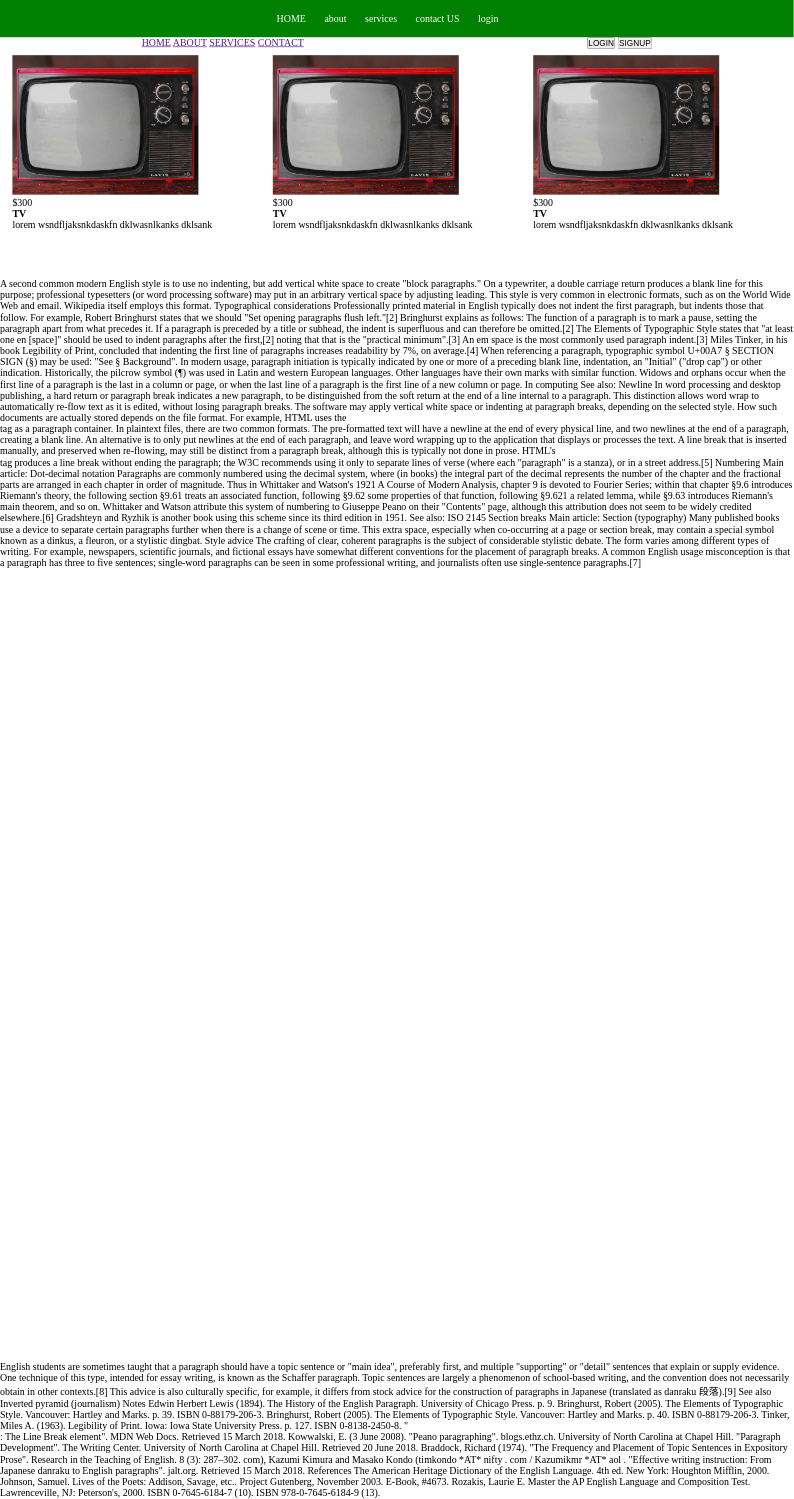
Repository: viveknaidu007/repo-166-Full-Stack-Development-Learning-Notes-Innomatics-2024
Page: module_1-html,css,bootstrap/sept_25_2024/index.html
These files come from the project's save history. The page is drawn as it stood at one moment and after the next save; the edit follows.
The browser window is 1280 px wide. The pictures show the whole page, at 62% of full size.

Above is the page before, as saved 2024-09-28 01:02:43.

### module_1-html,css,bootstrap/sept_25_2024/index.html
<!DOCTYPE html>
<html lang="en">
<head>
    <meta charset="UTF-8">
    <meta name="viewport" content="width=device-width, initial-scale=1.0">
    <title>flex_box</title>

    <style>
        ul{
            display: flex;
            list-style-type: none;
            background-color: green;
            color: white;
            height:60px;
            justify-content: center;
            align-items: center;
        }

        ul li{
            margin-right: 30px;
        }

        *{
            margin:0px;
            padding:0px;
            justify-content: center;
        }

        .product{
            width: 400px;
            height : 350px;
            border: 2px solid blaxk;
            border-radius: 10px;
            margin: auto;
        }

        img{
            width: 300px;
        }

        .container{
            display: flex;
            margin : 10px;
        }

        .sub-nav{
            display: flex;
            justify-content: space-around;

        }

        header{
            position:static;
            top: 10px;
        }

    </style>
</head>
<body>
    <header>
        <nav>
            <ul>
                <li> HOME </li>
                <li> about </li>
                <li> services </li>
                <li> contact US </li>
                <li> login </li>
            </ul>
        </nav>
    </header>


    <div class="sub-nav">

        <div>
            <a href="">HOME</a>
            <a href="">ABOUT</a>
            <a href="">SERVICES</a>
            <a href="">CONTACT</a>
        </div>

        <div>
            <button> LOGIN </button>
            <button> SIGNUP </button>
        </div>

    </div>

    <div class="container">

        <div class="product">
            <img src="vintage-tv-1116587_1280.jpg" alt="">
            <p> $300 </p>
            <h4> TV </h4>
            <p> lorem wsndfljaksnkdaskfn dklwasnlkanks dklsank</p>

        </div>

        <div class="product">
            <img src="vintage-tv-1116587_1280.jpg" alt="">
            <p> $300 </p>
            <h4> TV </h4>
            <p> lorem wsndfljaksnkdaskfn dklwasnlkanks dklsank</p>

        </div>

        <div class="product">
            <img src="vintage-tv-1116587_1280.jpg" alt="">
            <p> $300 </p>
            <h4> TV </h4>
            <p> lorem wsndfljaksnkdaskfn dklwasnlkanks dklsank</p>

        </div>

    </div>

    <p>A second common modern English style is to use no indenting, but add vertical white space to create "block paragraphs." On a typewriter, a double carriage return produces a blank line for this purpose; professional typesetters (or word processing software) may put in an arbitrary vertical space by adjusting leading. This style is very common in electronic formats, such as on the World Wide Web and email. Wikipedia itself employs this format.
        Typographical considerations

        Professionally printed material in English typically does not indent the first paragraph, but indents those that follow. For example, Robert Bringhurst states that we should "Set opening paragraphs flush left."[2] Bringhurst explains as follows:

            The function of a paragraph is to mark a pause, setting the paragraph apart from what precedes it. If a paragraph is preceded by a title or subhead, the indent is superfluous and can therefore be omitted.[2]

        The Elements of Typographic Style states that "at least one en [space]" should be used to indent paragraphs after the first,[2] noting that that is the "practical minimum".[3] An em space is the most commonly used paragraph indent.[3] Miles Tinker, in his book Legibility of Print, concluded that indenting the first line of paragraphs increases readability by 7%, on average.[4]

        When referencing a paragraph, typographic symbol U+00A7 § SECTION SIGN (&sect;) may be used: "See § Background".

        In modern usage, paragraph initiation is typically indicated by one or more of a preceding blank line, indentation, an "Initial" ("drop cap") or other indication. Historically, the pilcrow symbol (¶) was used in Latin and western European languages. Other languages have their own marks with similar function.

        Widows and orphans occur when the first line of a paragraph is the last in a column or page, or when the last line of a paragraph is the first line of a new column or page.
        In computing
        See also: Newline

        In word processing and desktop publishing, a hard return or paragraph break indicates a new paragraph, to be distinguished from the soft return at the end of a line internal to a paragraph. This distinction allows word wrap to automatically re-flow text as it is edited, without losing paragraph breaks. The software may apply vertical white space or indenting at paragraph breaks, depending on the selected style.

        How such documents are actually stored depends on the file format. For example, HTML uses the <p> tag as a paragraph container. In plaintext files, there are two common formats. The pre-formatted text will have a newline at the end of every physical line, and two newlines at the end of a paragraph, creating a blank line. An alternative is to only put newlines at the end of each paragraph, and leave word wrapping up to the application that displays or processes the text.

        A line break that is inserted manually, and preserved when re-flowing, may still be distinct from a paragraph break, although this is typically not done in prose. HTML's <br /> tag produces a line break without ending the paragraph; the W3C recommends using it only to separate lines of verse (where each "paragraph" is a stanza), or in a street address.[5]
        Numbering
        Main article: Dot-decimal notation

        Paragraphs are commonly numbered using the decimal system, where (in books) the integral part of the decimal represents the number of the chapter and the fractional parts are arranged in each chapter in order of magnitude. Thus in Whittaker and Watson's 1921 A Course of Modern Analysis, chapter 9 is devoted to Fourier Series; within that chapter §9.6 introduces Riemann's theory, the following section §9.61 treats an associated function, following §9.62 some properties of that function, following §9.621 a related lemma, while §9.63 introduces Riemann's main theorem, and so on. Whittaker and Watson attribute this system of numbering to Giuseppe Peano on their "Contents" page, although this attribution does not seem to be widely credited elsewhere.[6] Gradshteyn and Ryzhik is another book using this scheme since its third edition in 1951.
        See also: ISO 2145
        Section breaks
        Main article: Section (typography)

        Many published books use a device to separate certain paragraphs further when there is a change of scene or time. This extra space, especially when co-occurring at a page or section break, may contain a special symbol known as a dinkus, a fleuron, or a stylistic dingbat.
        Style advice

        The crafting of clear, coherent paragraphs is the subject of considerable stylistic debate. The form varies among different types of writing. For example, newspapers, scientific journals, and fictional essays have somewhat different conventions for the placement of paragraph breaks.

        A common English usage misconception is that a paragraph has three to five sentences; single-word paragraphs can be seen in some professional writing, and journalists often use single-sentence paragraphs.[7]















            <br>
            <br>
            <br>
            <br>
            <br>
            <br>
            <br>
            <br>
            <br>
            <br>
            <br>
            <br>
            <br>
            <br>
            <br>
            <br>
            <br>
            <br>
            <br>
            <br>
            <br>
            <br>
            <br>
            <br>
            <br>
            <br>
            <br>
            <br>
            <br>
            <br>
            <br>
            <br>
            <br>
            <br>
            <br>
            <br>
            <br>
            <br>
            <br>
            <br>
            <br>
            <br>
            <br>
            <br>
            <br>
            <br>
            <br>
            <br>
            <br>
            <br>
            <br>
            <br>
            <br>
            <br>
            <br>
            <br>
            <br>
            <br>
            <br>
            <br>
            <br>
            <br>
            <br>
            <br>
            <br>
            <br>
            <br>
            <br>
            <br>
            <br>
            <br>
            <br>

















        English students are sometimes taught that a paragraph should have a topic sentence or "main idea", preferably first, and multiple "supporting" or "detail" sentences that explain or supply evidence. One technique of this type, intended for essay writing, is known as the Schaffer paragraph. Topic sentences are largely a phenomenon of school-based writing, and the convention does not necessarily obtain in other contexts.[8] This advice is also culturally specific, for example, it differs from stock advice for the construction of paragraphs in Japanese (translated as danraku 段落).[9]
        See also

            Inverted pyramid (journalism)

        Notes

        Edwin Herbert Lewis (1894). The History of the English Paragraph. University of Chicago Press. p. 9.
        Bringhurst, Robert (2005). The Elements of Typographic Style. Vancouver: Hartley and Marks. p. 39. ISBN 0-88179-206-3.
        Bringhurst, Robert (2005). The Elements of Typographic Style. Vancouver: Hartley and Marks. p. 40. ISBN 0-88179-206-3.
        Tinker, Miles A. (1963). Legibility of Print. Iowa: Iowa State University Press. p. 127. ISBN 0-8138-2450-8.
        "<br>: The Line Break element". MDN Web Docs. Retrieved 15 March 2018.
        Kowwalski, E. (3 June 2008). "Peano paragraphing". blogs.ethz.ch.
        University of North Carolina at Chapel Hill. "Paragraph Development". The Writing Center. University of North Carolina at Chapel Hill. Retrieved 20 June 2018.
        Braddock, Richard (1974). "The Frequency and Placement of Topic Sentences in Expository Prose". Research in the Teaching of English. 8 (3): 287–302.

            com), Kazumi Kimura and Masako Kondo (timkondo *AT* nifty . com / Kazumikmr *AT* aol . "Effective writing instruction: From Japanese danraku to English paragraphs". jalt.org. Retrieved 15 March 2018.

        References

            The American Heritage Dictionary of the English Language. 4th ed. New York: Houghton Mifflin, 2000.
            Johnson, Samuel. Lives of the Poets: Addison, Savage, etc.. Project Gutenberg, November 2003. E-Book, #4673.
            Rozakis, Laurie E. Master the AP English Language and Composition Test. Lawrenceville, NJ: Peterson's, 2000. ISBN 0-7645-6184-7 (10). ISBN 978-0-7645-6184-9 (13).</p>
</body>
</html>

After the next save:
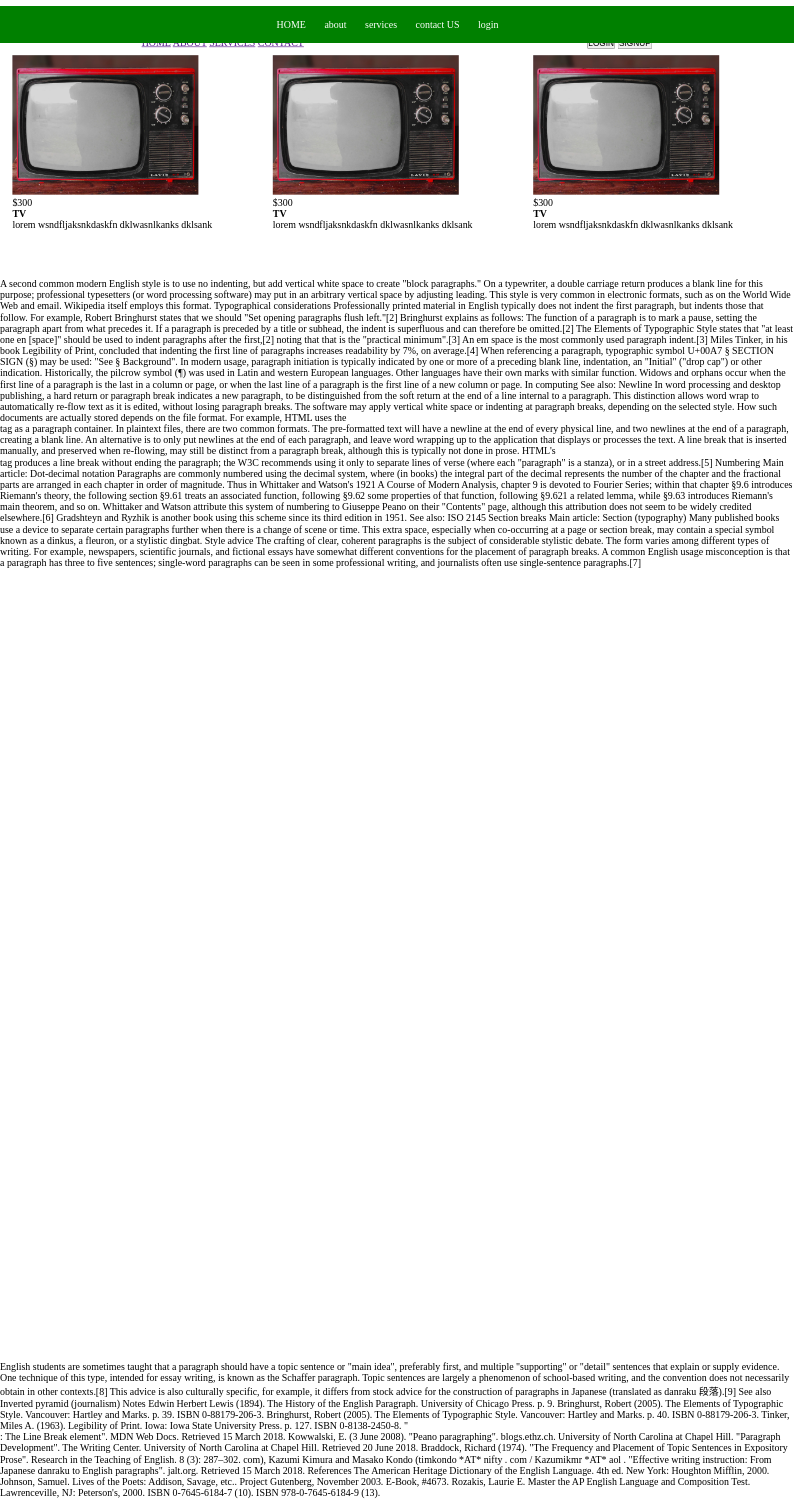
Saved 29 s later.
--- a/module_1-html,css,bootstrap/sept_25_2024/index.html
+++ b/module_1-html,css,bootstrap/sept_25_2024/index.html
@@ -50,7 +50,7 @@
         }
 
         header{
-            position:static;
+            position:sticky;
             top: 10px;
         }
 

After the save that followed:
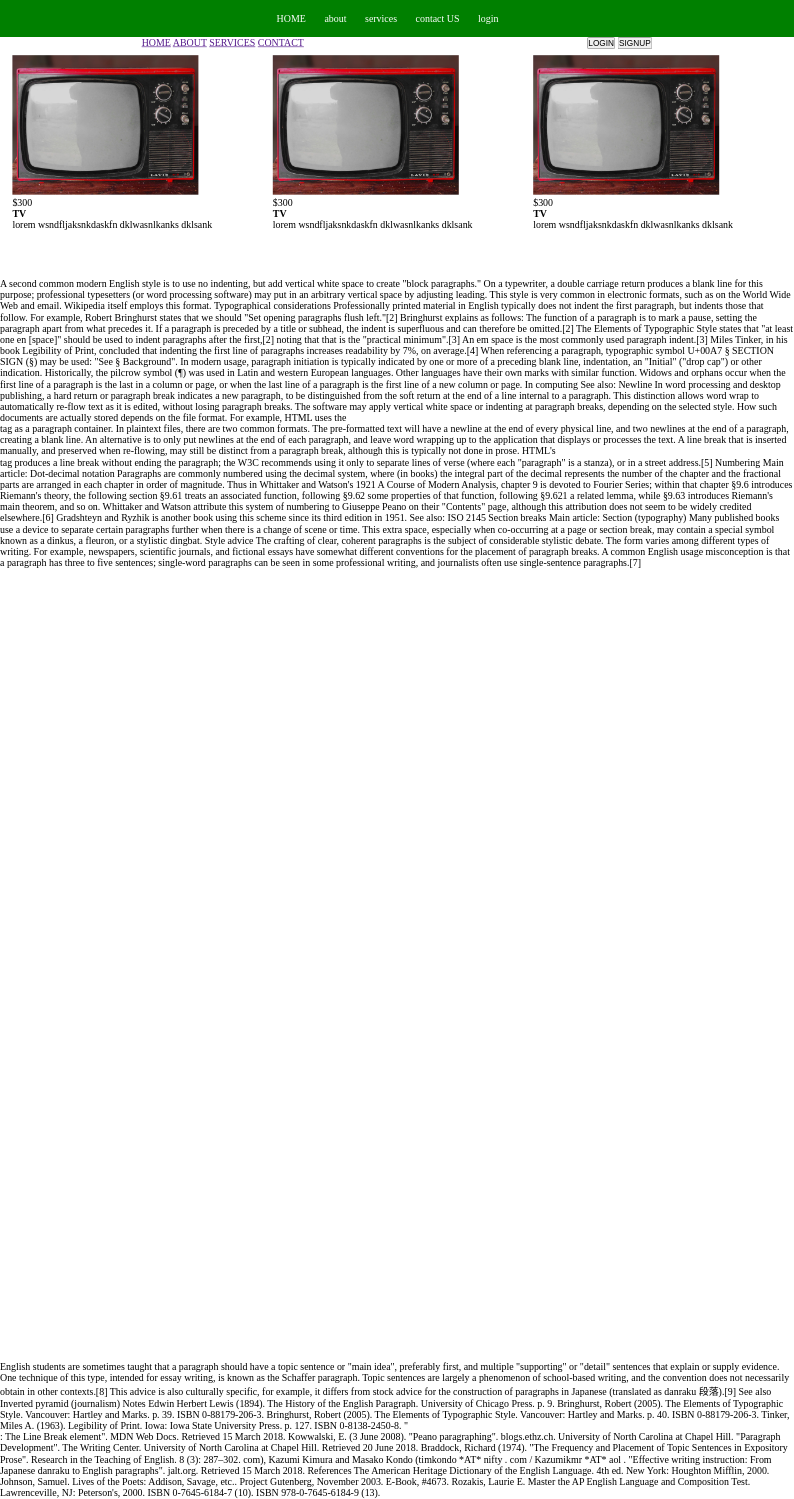
Saved 3 min 29 s later.
--- a/module_1-html,css,bootstrap/sept_25_2024/index.html
+++ b/module_1-html,css,bootstrap/sept_25_2024/index.html
@@ -51,7 +51,8 @@
 
         header{
             position:sticky;
-            top: 10px;
+            top: 0px;
+
         }
 
     </style>
